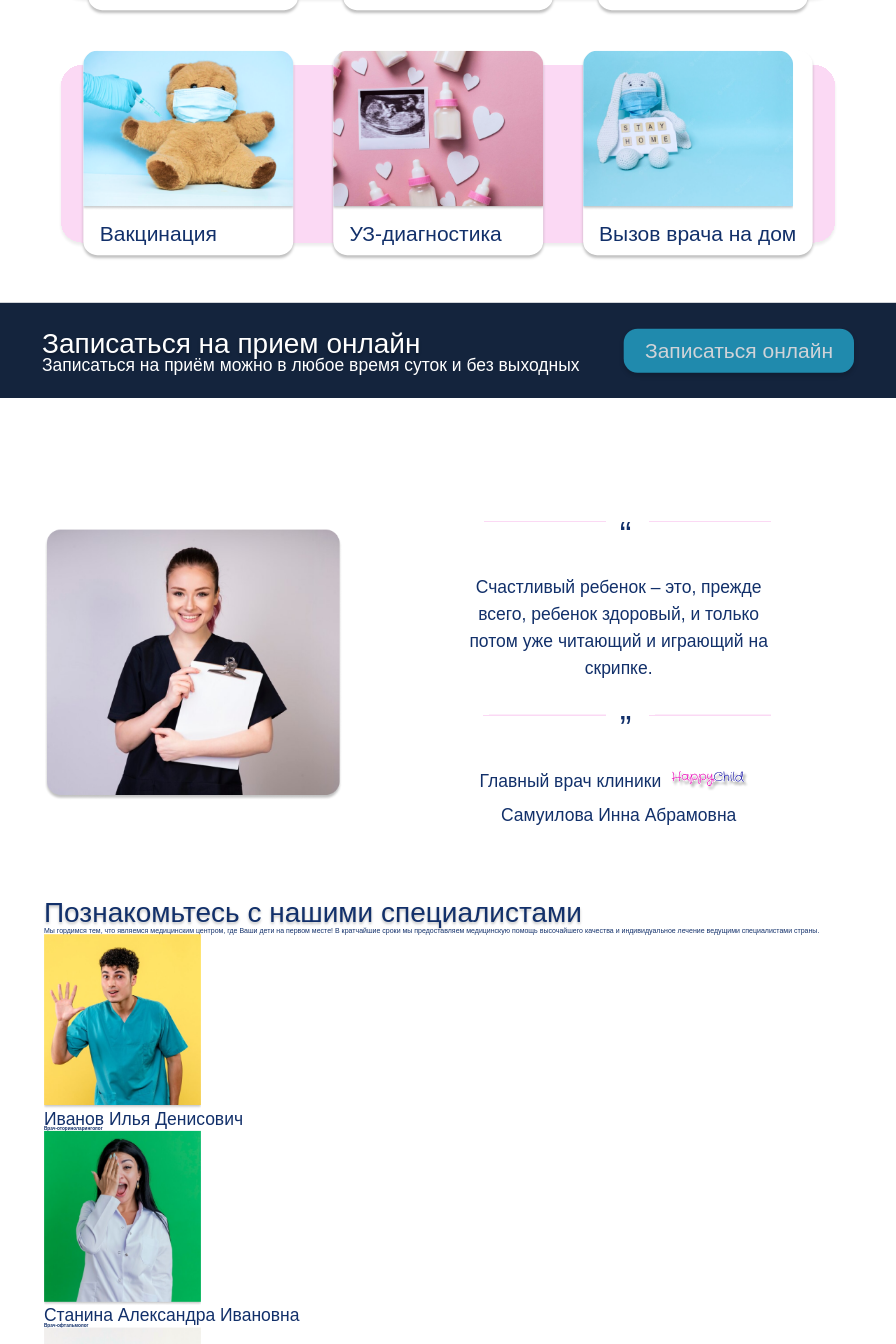
Repository: Normandy72/Landing-Page-Happy-Child
Page: index.html
These files come from the project's save history. The page is drawn as it stood at one moment and after the next save; the edit follows.
The browser window is 1280 px wide. The pictures show the part of the page from y = 2231 to 4151 px (the page is 8231 px tall), at 70% of full size.
Some web fonts or font styles are not loaded; a fallback is used.

Above is the page before, as saved 2022-11-12 18:20:58.

After the next save:
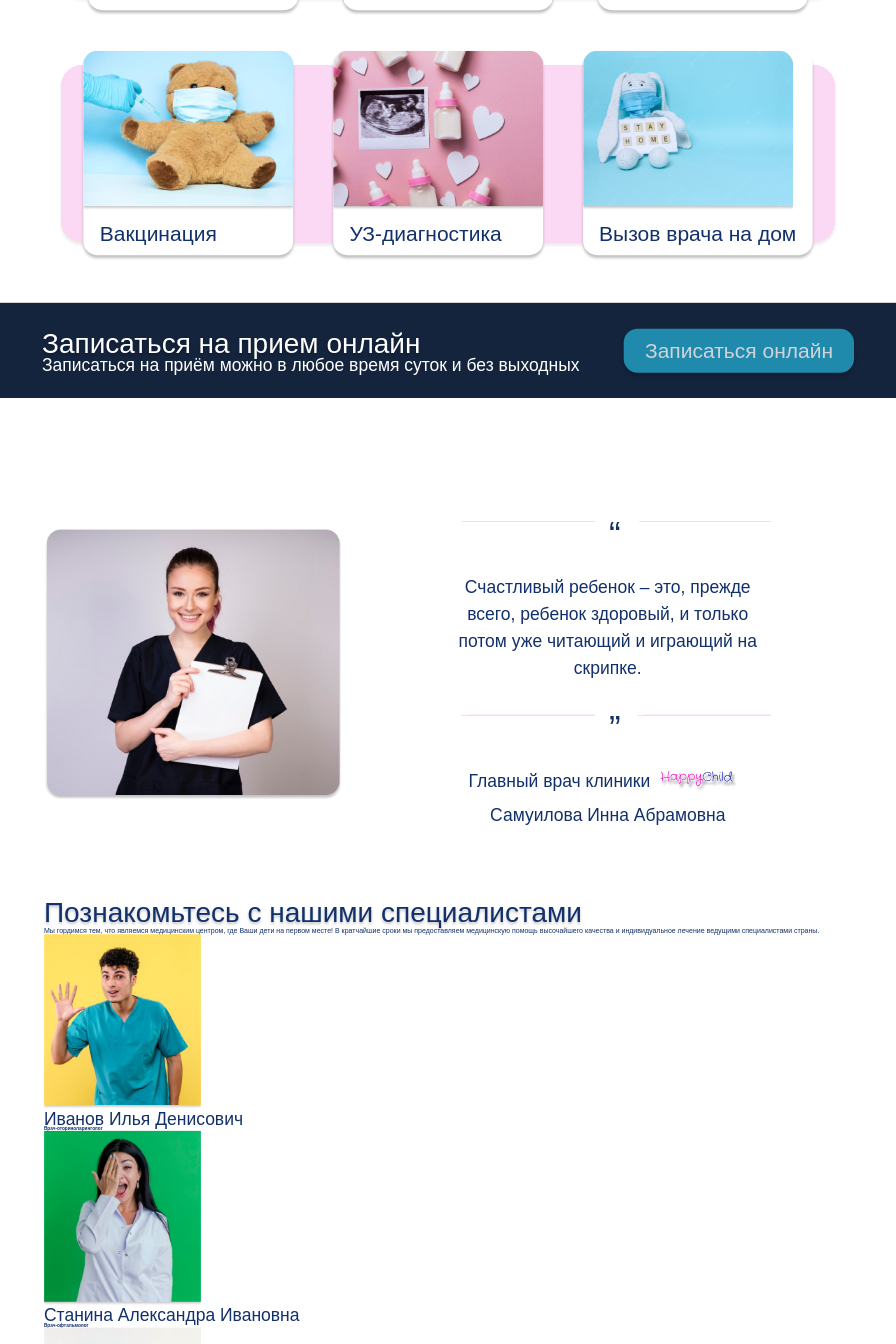
Saved 5 s later.
--- a/styles/section_chief.css
+++ b/styles/section_chief.css
@@ -13,7 +13,7 @@
 }
 
 .chief__text{
-    width: 42%;
+    width: 45%;
     display: flex;
     flex-direction: column;
     justify-content: space-between;
